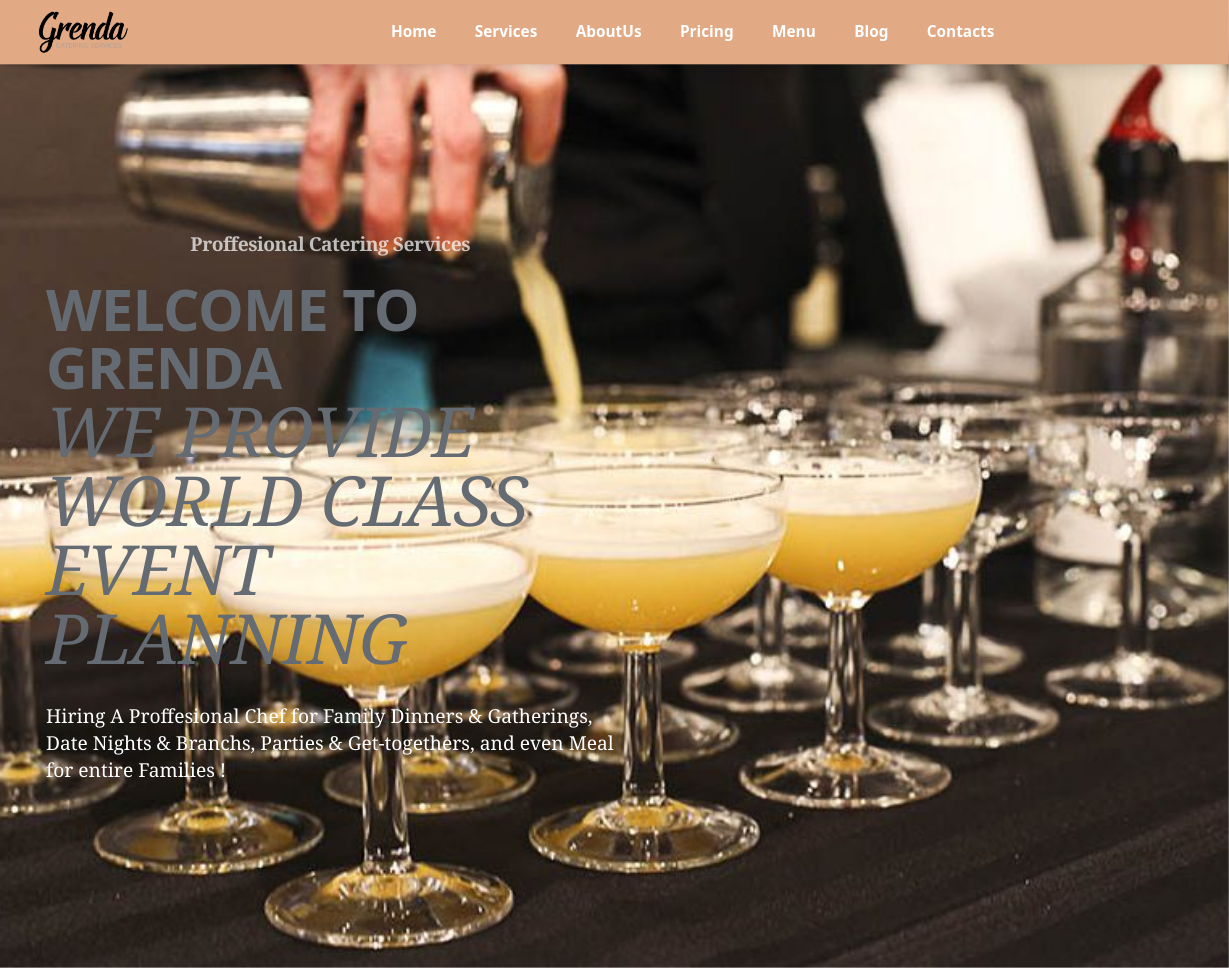
Repository: remydev47/grandes-events
Page: /
The author's editor kept a copy of each file at every save. The page is drawn from the files as they stood at one save, then again after the next save.
The browser window is 1280 px wide. The pictures show the whole page, at 96% of full size.
The project was rebuilt for these pictures with package versions that can differ from the ones it lists, and the page was loaded fresh each time. Also part of the build but not shown: vite.config.js.

Above is the page before, as saved 2023-02-08 15:02:37.

After the next save:
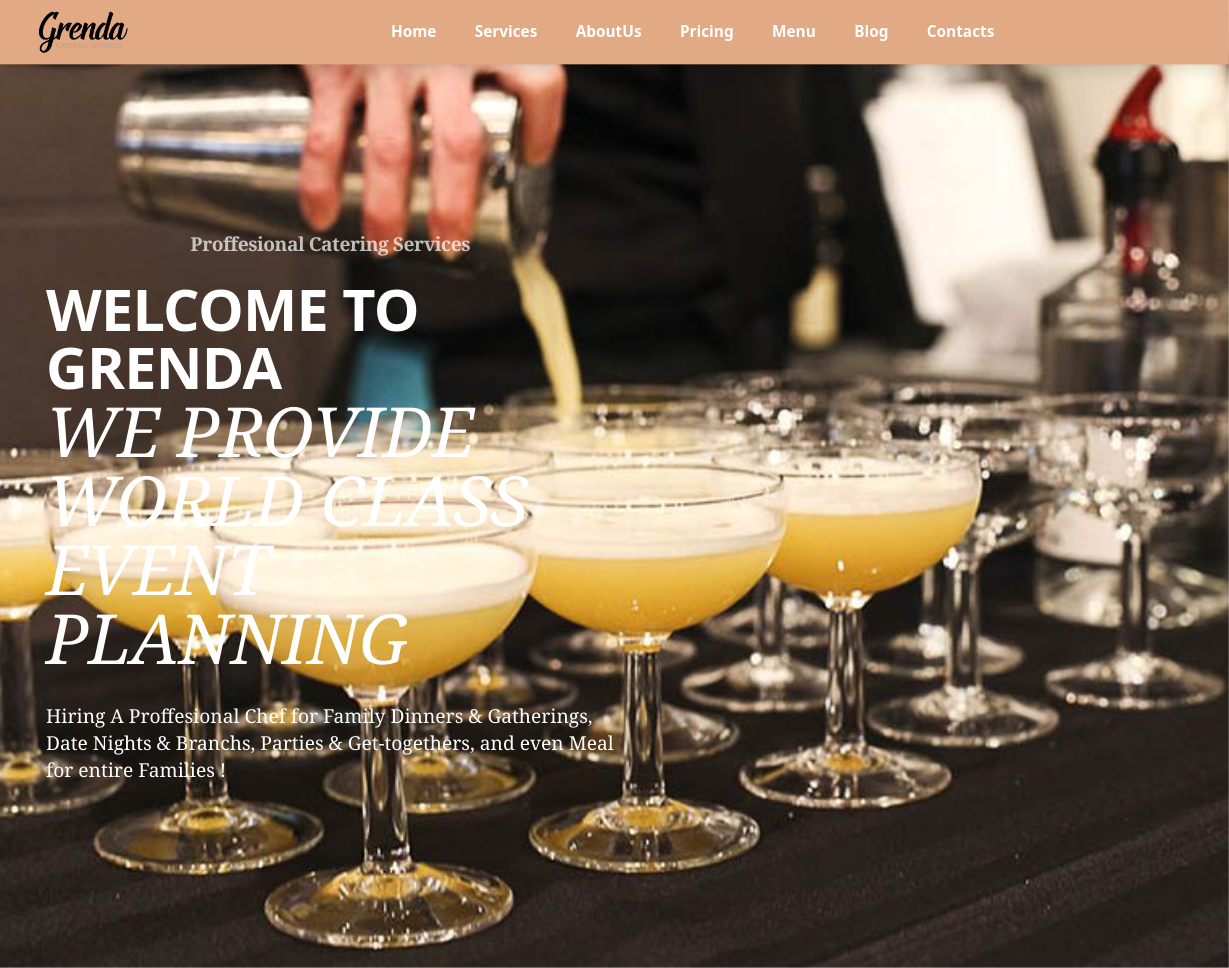
Saved 20 s later.
--- a/src/components/Hero.jsx
+++ b/src/components/Hero.jsx
@@ -11,7 +11,7 @@ const Hero = () => {
     <div className="px-6 mx-auto sm:px-8 lg:px-12 max-w-7xl">
       <div className="w-full lg:w-2/3 xl:w-1/2">
         <h1 className="font-serif text-xl font-bold tracking-tight text-white text-opacity-70 text-center">Proffesional Catering Services</h1>
-        <p className="mt-6 tracking-tighter text-[#656b72]">
+        <p className="mt-6 tracking-tighter text-[#FFF]">
           <span className="font-sans font-bold text-6xl">WELCOME TO GRENDA </span><br />
           <span className="font-serif italic font-BOLD text-7xl">WE PROVIDE WORLD CLASS EVENT PLANNING</span>
         </p>
